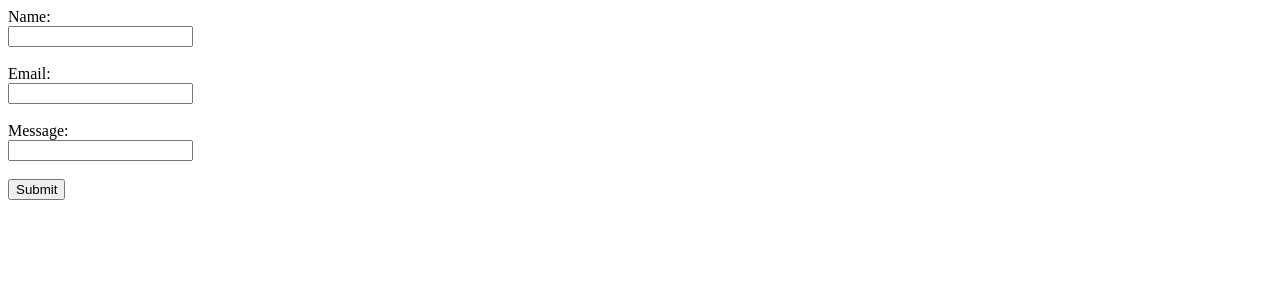
Repository: Prrasanthi14/JSP_ContactUs-Project
Page: http://localhost/servletproject/
The author's editor kept a copy of each file at every save. The page is drawn from the files as they stood at one save, then again after the next save.
The browser window is 1280 px wide. The pictures show the whole page.
The page is served by Tomcat 9.

Above is the page before, as saved 2022-12-10 09:25:46.

After the next save:
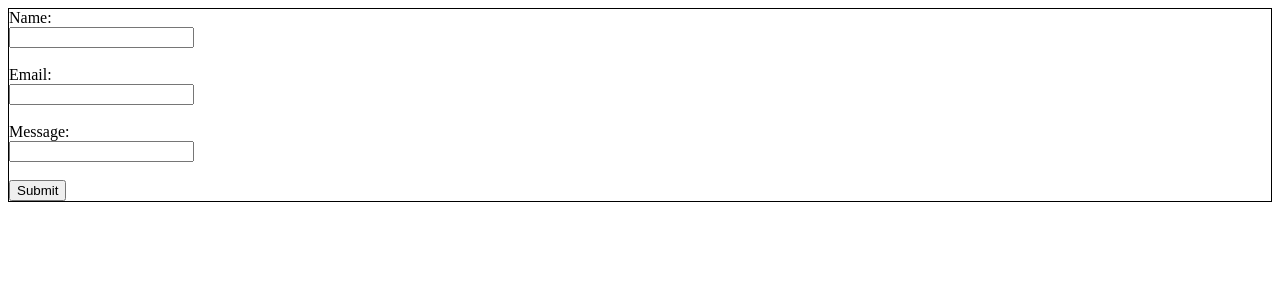
Saved 4 s later.
--- a/servletproject/src/main/webapp/contactus.jsp
+++ b/servletproject/src/main/webapp/contactus.jsp
@@ -8,7 +8,7 @@
 <link rel="stylesheet" href="index.css" />
 </head>
 <body>
-	<form action="contactus" method="post">
+	<form id="contactform" action="contactus" method="post">
 		Name:<br><input type="text" name="name"><br><br>
 		Email:<br><input type="email" name="email" ><br><br>
 		Message:<br><input type="text"  name="message"><br><br>
